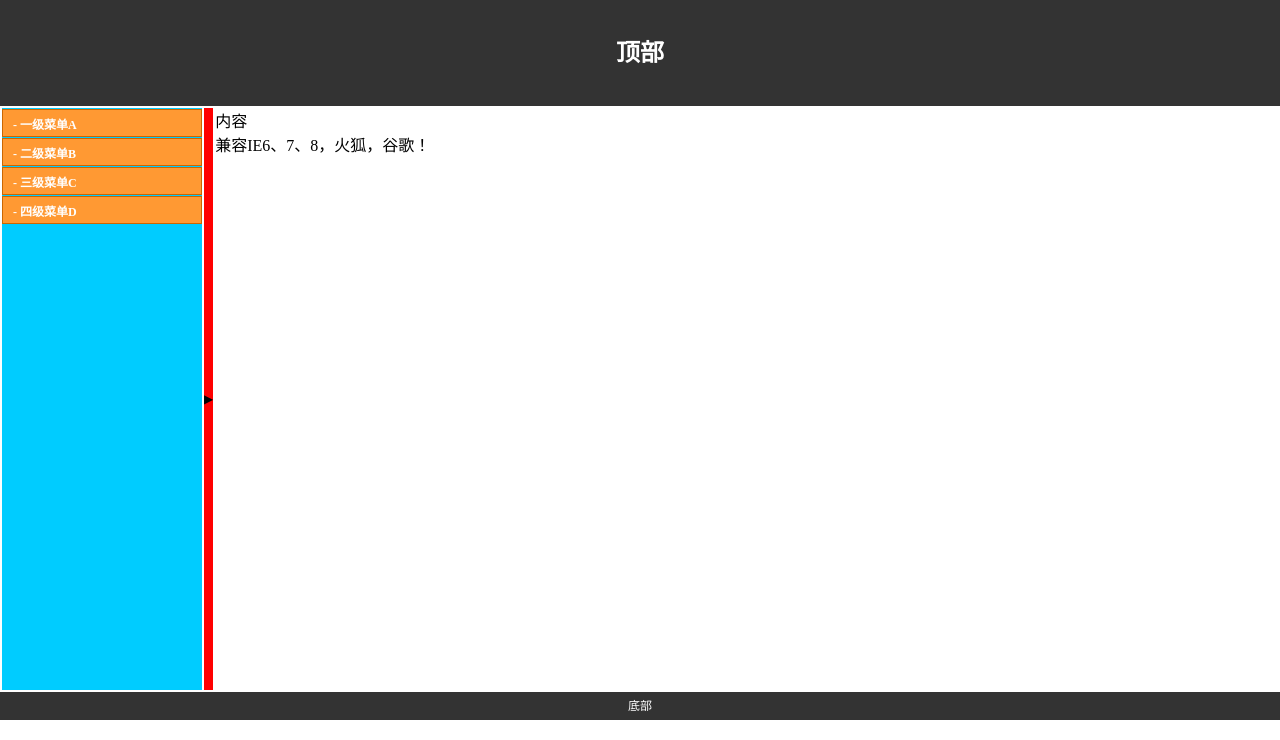
Repository: figo645/NewGenerationOA
Page: http://localhost/mavenweb/
An editor plug-in stored every save of this project. The page is shown before and after the next save, followed by the edit.
The browser window is 1280 px wide. The pictures show the whole page.
The page is served by Tomcat 9. Nobody is signed in. The application's start-up code is not run.

Above is the page before, as saved 2015-09-24 09:46:47.

After the next save:
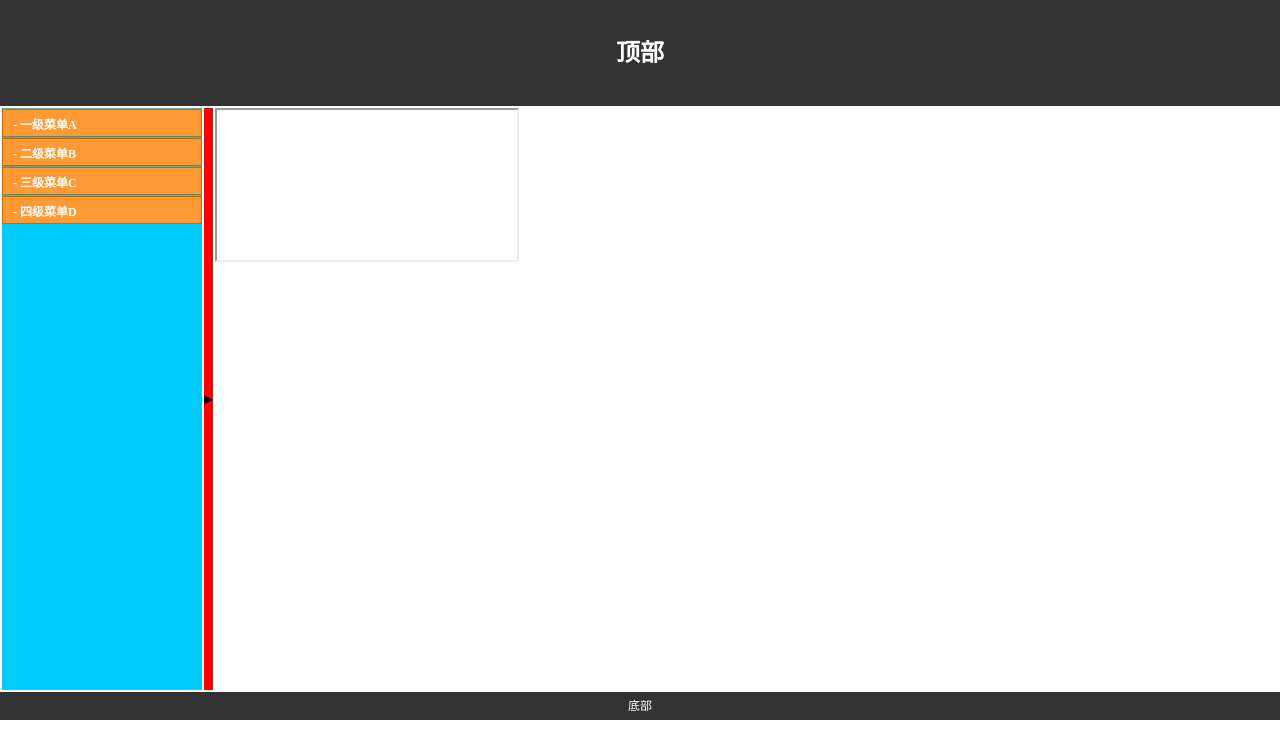
Saved 35 s later.
--- a/3.implementtation/prototype_ws/mavenweb/src/main/webapp/index.jsp
+++ b/3.implementtation/prototype_ws/mavenweb/src/main/webapp/index.jsp
@@ -361,7 +361,7 @@ body {
 				<td class="td_close" onclick="show();">▶</td>
 				<td>
 					<div id="contenct">
-						内容<br />兼容IE6、7、8，火狐，谷歌！
+						<iframe dir="content.jsp"></iframe>
 
 					</div>
 				</td>
